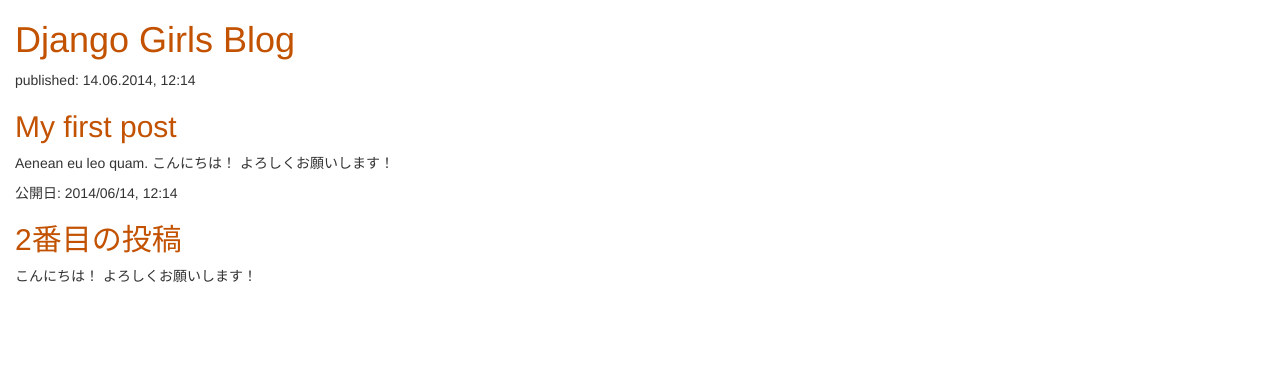
Repository: yoku-094/practice_python
Page: http://localhost/
These files come from the project's save history. The page is drawn as it stood at one moment and after the next save; the edit follows.
The browser window is 1280 px wide. The pictures show the whole page.
Some web libraries are served in a nearby version. The page is served by the project's application, run on Django 3.2 (manage.py). Other server files are loaded and not shown. Queries for data that is not in the repository find no rows.

Above is the page before, as saved 2022-08-30 12:39:47.

### blog/templatetags/markdown_filter.py
import markdown
from django import template
from django.utils.safestring import mark_safe

register = template.Library()

@register.filter
def markdown_to_html(text):
    return mark_safe(markdown.markdown(text))

### blog/templates/blog/post_list.html
{% load static %}
<html>
  <head>
    <title>Django Girls blog</title>
    <link
      rel="stylesheet"
      href="//maxcdn.bootstrapcdn.com/bootstrap/3.2.0/css/bootstrap.min.css"
    />
    <link
      rel="stylesheet"
      href="//maxcdn.bootstrapcdn.com/bootstrap/3.2.0/css/bootstrap-theme.min.css"
    />
    <link rel="stylesheet" href="{% static 'css/blog.css' %}" />
  </head>
  <body>
    <div>
      <h1><a href="/">Django Girls Blog</a></h1>
    </div>

    {% for post in posts %}
    <div>
      <p>published: {{ post.published_date }}</p>
      <h2><a href="">{{ post.title }}</a></h2>
      <p>{{ post.text|linebreaksbr }}</p>
    </div>
    {% endfor %}

    <div>
      <p>published: 14.06.2014, 12:14</p>
      <h2><a href="">My first post</a></h2>
      <p>Aenean eu leo quam. こんにちは！ よろしくお願いします！</p>
    </div>

    <div>
      <p>公開日: 2014/06/14, 12:14</p>
      <h2><a href="">2番目の投稿</a></h2>
      <p>こんにちは！ よろしくお願いします！</p>
    </div>
  </body>
</html>

### blog/views.py
from django.shortcuts import render
from django.utils import timezone
from .models import Post

# ポストの一覧を表示（モデルに情報を要求し、テンプレートに渡す）
def post_list(request):
    # request：インターネットを介してユーザから受け取った全ての情報が詰まったもの

    # Postモデルからブログの記事を取り出して並べ替える
    posts = Post.objects.filter(published_date__lte=timezone.now()).order_by('published_date')

    # {}の中に指定した情報をテンプレートで表示（{'名前': 値（クエリセット）}）
    return render(request, 'blog/post_list.html', {'posts': posts})

### mysite/urls.py
"""mysite URL Configuration

The `urlpatterns` list routes URLs to views. For more information please see:
    https://docs.djangoproject.com/en/3.2/topics/http/urls/
Examples:
Function views
    1. Add an import:  from my_app import views
    2. Add a URL to urlpatterns:  path('', views.home, name='home')
Class-based views
    1. Add an import:  from other_app.views import Home
    2. Add a URL to urlpatterns:  path('', Home.as_view(), name='home')
Including another URLconf
    1. Import the include() function: from django.urls import include, path
    2. Add a URL to urlpatterns:  path('blog/', include('blog.urls'))
"""
from django.contrib import admin
from django.urls import path, include

urlpatterns = [
    path('admin/', admin.site.urls),

    # リダイレクト
    path('', include('blog.urls')),
]

### blog/static/css/blog.css
h1 a,
h2 a {
  color: #c25100;
}

body {
  padding-left: 15px;
}

Loaded but not shown: blog/urls.py (common file)

After the next save:
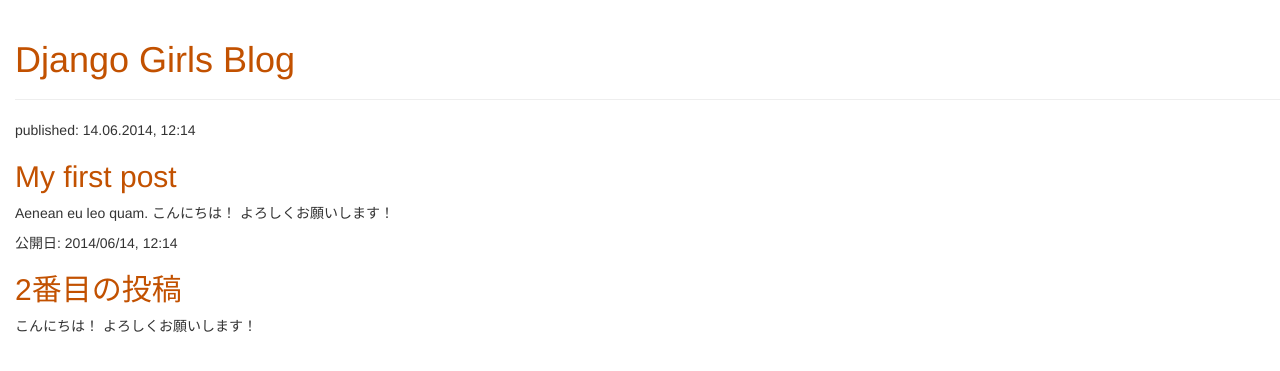
Saved 63 s later.
--- a/blog/templates/blog/post_list.html
+++ b/blog/templates/blog/post_list.html
@@ -13,12 +13,12 @@
     <link rel="stylesheet" href="{% static 'css/blog.css' %}" />
   </head>
   <body>
-    <div>
+    <div class="page-header">
       <h1><a href="/">Django Girls Blog</a></h1>
     </div>
 
     {% for post in posts %}
-    <div>
+    <div class="post">
       <p>published: {{ post.published_date }}</p>
       <h2><a href="">{{ post.title }}</a></h2>
       <p>{{ post.text|linebreaksbr }}</p>
